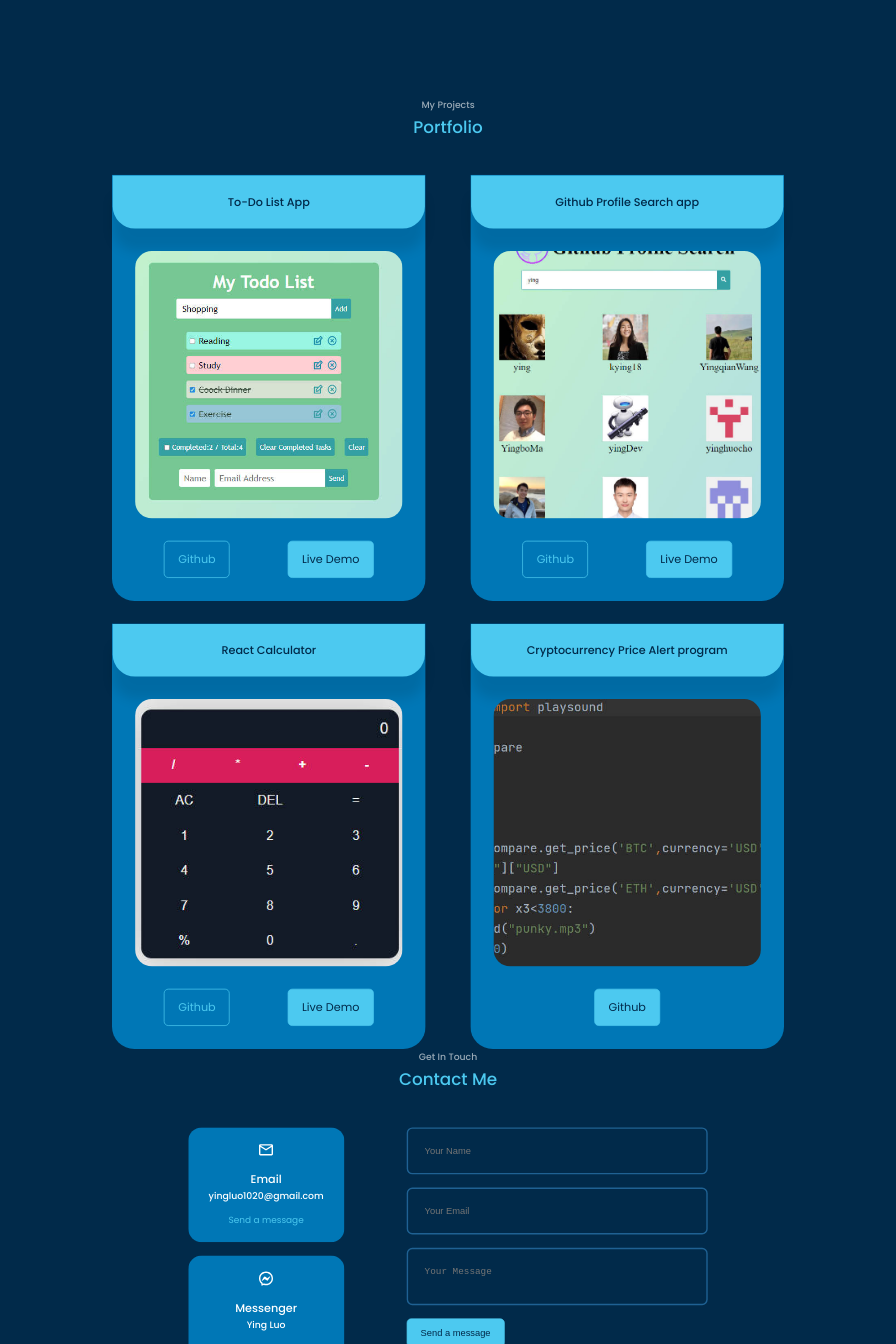
Repository: yingluo1020/react-portfolio-website
Page: /
The author's editor kept a copy of each file at every save. The page is drawn from the files as they stood at one save, then again after the next save.
The browser window is 1280 px wide. The pictures show the part of the page from y = 1741 to 3661 px (the page is 4383 px tall before and 4079 px after), at 70% of full size.
The project was rebuilt for these pictures with package versions that can differ from the ones it lists, and the page was loaded fresh each time. Imported but missing from the stored project, and not drawn on this page: src/assets/YingLuo_resume.pdf.

Above is the page before, as saved 2022-03-16 14:38:03.

### src/index.css
@import url('https://fonts.googleapis.com/css2?family=Poppins:wght@300;400;500;600&display=swap');

* {
 margin: 0;
 padding: 0;
 border: 0;
 outline: 0;
 box-sizing: border-box;
 list-style: none;
 text-decoration: none;
}

:root {
    --color-bg:#012a4a;
    --color-bg-variant:#0077b6;
    --color-primary:#4cc9f0;
    --color-primary-variant:rgba(77,181,255,0.4);
    --color-white:#fff;
    --color-light:rgba(255,255,255,0.6);

    --transition:all 400ms ease;

    --container-width-lg:75%;
    --container-width-md:86%;
    --container-width-sm:90%;
}

html {
    scroll-behavior:smooth;
}

::-webkit-scrollbar {
    display: none;
}

body {
    font-family: 'Poppins', sans-serif;
    background: var(--color-bg);
    color:var(--color-white);
    line-height:1.7;
}

/* general styles */
.container {
    width:var(--container-width-lg);
    margin: 0 auto;
}

h1,
h2,
h3,
h4,
h5 {
    font-weight: 500;
}

h1 {
    font-size: 2.5rem;
}

section {
    min-height: 100vh;
}

section > h2, section > h5 {
    text-align: center;
    color: var(--color-light);
}

section > h2 {
    color: var(--color-primary);
    margin-bottom: 3rem;
}

.text-light {
    color: var(--color-light);
}

a {
    color: var(--color-primary);
    transition: var(--transition);
}

a:hover {
    color: var(--color-white);
}

.btn {
    width: max-content;
    display: inline-block;
    color: var(--color-primary);
    padding: 0.75rem 1.2rem;
    border-radius:0.4rem;
    cursor: pointer;
    border: 1px solid var(--color-primary);
    transition: var(--transition);
}

.btn:hover{
    background: var(--color-white);
    color: var(--color-bg);
    border-color: transparent;
}

.btn-primary {
    background: var(--color-primary);
    color: var(--color-bg);
}

img{
    display: block;
    width: 100%;
    object-fit: cover;
}

/* media queries(medium devices)*/
@media screen and (max-width:1024px) {
    .container {
        width: var(--container-width-sm);
    }

    section> h2 {
        margin-bottom: 2rem;
    }
}

### src/components/header/Header.js
import React from 'react'
import './header.css';
import CV from '../../assets/YingLuo_resume.pdf'


function Header() {
    return (
        <header>
            <div className="container header_container">
                <h5>Hello, I'm</h5>
                <h1>Ying Luo</h1>
                <h5 className="text-light">Front-end Developer</h5>

                <div className='cta'>
                    <a href={CV} download className='btn'>Download My CV</a>
                    <a href="#contact" className='btn btn-primary'>Contact me</a>
                </div>
            </div>
        </header>
    )
}

export default Header

### src/components/nav/Nav.js
import React, { useState } from 'react'
import './nav.css'
import { AiOutlineHome, } from 'react-icons/ai'
import { AiOutlineUser } from 'react-icons/ai'
import { BiBook } from 'react-icons/bi'
import { AiOutlineFundProjectionScreen } from 'react-icons/ai'
import { BiMessageSquareDetail } from 'react-icons/bi'


function Nav() {
    const [activeNav, setActiveNav] = useState('#')
    return (
        <nav>
            <a href="#" onClick={() => setActiveNav('#')} className={activeNav === '#' ? 'active' : ''}><AiOutlineHome /></a>
            <a href="#about" onClick={() => setActiveNav('#about')} className={activeNav === '#about' ? 'active' : ''}><AiOutlineUser /></a>
            <a href="#experience" onClick={() => setActiveNav('#experience')} className={activeNav === '#experience' ? 'active' : ''}><BiBook /></a>
            <a href="#portfolio" onClick={() => setActiveNav('#services')} className={activeNav === '#services' ? 'active' : ''}><AiOutlineFundProjectionScreen /></a>
            <a href="#contact" onClick={() => setActiveNav('#contact')} className={activeNav === '#contact' ? 'active' : ''}><BiMessageSquareDetail /></a>
        </nav>
    )
}

export default Nav

### src/components/about/About.js
import React from 'react'
import avatar from '../../assets/avatar.JPG'
import { FaChalkboardTeacher } from 'react-icons/fa'
import { VscFolderLibrary } from 'react-icons/vsc'
import { FaGithub } from 'react-icons/fa';
import './about.css';

function About() {
    return (
        <section id='about'>
            <h5>My Intro</h5>
            <h2>About Me</h2>

            <div className="container about_container">
                <div className="about_me">
                    <div className="about_image">
                        <img src={avatar} alt="About Image" />
                    </div>
                </div>

                <div className="about_content">
                    <div className="about_cards">
                        <article className="about_card">
                            <FaChalkboardTeacher className='about_icon' />
                            <h5> Self-learner on Frontend </h5>
                            <small>HTML/CSS, JavaScript, React, Axios...</small>
                        </article>

                        <article className="about_card">
                            <VscFolderLibrary className='about_icon' />
                            <h5>Personal IT Projects </h5>
                            <small>10+ completed:  </small>
                            <a href="https://github.com/yingluo1020" target="_blank"><FaGithub /></a>
                        </article>
                    </div>

                    <p>I am a highly motivated self-learner software developer with experience in developing a wide range of web applications and software. My core experience is on building front-end applications using HTML, CSS, JavaScript and React. Furthermore, I have developed various automated applications using Python to reduce repetitive and time-consuming tasks. I am currently seeking to be a frontend developer where I can apply my knowledge and further develop my skills.
                        <a href="https://github.com/yingluo1020" target="_blank"><FaGithub /></a>
                    </p>
                    <div className="about_btn">
                        <a href="#contact" className="btn btn">Contact Me</a>
                        <a href="#" target="_blank" className="btn btn-primary">Go to My Projects</a>
                    </div>

                </div>
            </div>
        </section>
    )
}

export default About

### src/components/experience/Experience.js
import React from 'react'
import './experience.css';
import { BsPatchCheck } from 'react-icons/bs'


function Experience() {
    return (
        <section id='experience'>
            <h5>What Skills I Have</h5>
            <h2>My Experience</h2>

            <div className="container experience_container">
                <article className='experience_details'>
                    <BsPatchCheck className='experience_details-icon' />
                    <div>
                        <h4>HTML</h4>
                        <small className='text_light'>Experienced</small>
                    </div>
                </article>

                <article className='experience_details'>
                    <BsPatchCheck className='experience_details-icon' />
                    <div>
                        <h4>CSS</h4>
                        <small className='text_light'>Experienced</small>
                    </div>
                </article>

                <article className='experience_details'>
                    <BsPatchCheck className='experience_details-icon' />
                    <div>
                        <h4>JavaScript (ES6)</h4>
                        <small className='text_light'>Experienced</small>
                    </div>
                </article>
                <article className='experience_details'>
                    <BsPatchCheck className='experience_details-icon' />
                    <div>
                        <h4>React (Hooks, Router V6) </h4>
                        <small className='text_light'>Experienced</small>
                    </div>
                </article>

                <article className='experience_details'>
                    <BsPatchCheck className='experience_details-icon' />
                    <div>
                        <h4>Python</h4>
                        <small className='text_light'>Intermediate</small>
                    </div>
                </article>
            </div>

        </section>
    )
}

export default Experience

### src/components/contact/Contact.js
import React, { useRef } from 'react'
import './contact.css'
import { MdOutlineEmail } from 'react-icons/md'
import { RiMessengerLine } from 'react-icons/ri'
import { BsWhatsapp } from 'react-icons/bs'
import emailjs from '@emailjs/browser';


function Contact() {
    const form = useRef();

    const sendEmail = (e) => {
        e.preventDefault();

        emailjs.sendForm('service_s6sapzl', 'template_utnko3u', form.current, 'user_Ak4JS85QR5w9GZLqKm3hY')

        alert(`I'll will reply you ASAP :)`)
        e.target.reset()
    };

    return (
        <section id="contact">
            <h5>Get In Touch</h5>
            <h2>Contact Me</h2>

            <div className="container contact_container">
                <div className="contact_options">
                    <article className='contact_option'>
                        <MdOutlineEmail className='contact_option-icon' />
                        <h4>Email</h4>
                        <h5>yingluo1020@gmail.com</h5>
                        <a href="mailto:yingluo1020@gmail.com" target='_blank'>Send a message</a>
                    </article>

                    <article className='contact_option'>
                        <RiMessengerLine className='contact_option-icon' />
                        <h4>Messenger</h4>
                        <h5>Ying Luo</h5>
                        <a href="https://m.me/yng.luo" target='_blank'>Send a message</a>
                    </article>

                    <article className='contact_option'>
                        <BsWhatsapp className='contact_option-icon' />
                        <h4>WhatsApp</h4>
                        <h5>+44 7407171383</h5>
                        <a href="https://api.whatsapp.com/send?phone+447407171383" target='_blank'>Send a message</a>
                    </article>
                </div>
                {/* End of contact options */}
                <form action="" ref={form} onSubmit={sendEmail}>
                    <input type="text" name='name' placeholder='Your Name' required />
                    <input type="email" name='email' placeholder='Your Email' required />
                    <textarea type="text" name='name' placeholder='Your Message' required ></textarea>
                    <button type="submit" className="btn btn-primary">Send a message</button>
                </form>

            </div>
        </section>

    )
}

export default Contact

### src/components/footer/Footer.js
import React from 'react'
import './footer.css'
import { BsLinkedin } from 'react-icons/bs';
import { FaGithub } from 'react-icons/fa';
import { FiDribbble } from 'react-icons/fi';


function Footer() {
    return (
        <footer>
            <a href="https://github.com/yingluo1020" target="_blank" className='footer_logo'><FaGithub /> Ying Luo</a>
            <ul className='permalinks'>
                <li><a href="#">Home</a></li>
                <li><a href="#about">About</a></li>
                <li><a href="#experience">Experience</a></li>
                <li><a href="#portfolio">Portfolio</a></li>
                <li><a href="#contact">Contact</a></li>
            </ul>

            <div className="footer_copyright">
                <small>&copy; All rights reserved by Ying Luo.</small>
            </div>
        </footer>
    )
}

export default Footer

### src/components/header/header.css
header {
    height: 50vh;
    padding-top: 5rem;
    overflow: hidden;
}

.header_container {
    text-align: center;
    height: 100%;
    position: relative;
}

.cta {
    margin: 2.5rem auto;
    display: flex;
    gap:1.2rem;
    justify-content: center;
}

.avatar {
    background: linear-gradient(var(--color-primary),transparent) ;
    width: 22rem;
    height: 30rem;
    position: absolute;
    left: calc(50% - 11rem);
    border-radius: 12rem 12rem 0 0 ;
    overflow: hidden;
    padding: 5rem 1.5rem 1.5rem 1.5rem;
}


/* media queries(medium devices)*/
@media screen and (max-width:1024px) {
    header {
        height: 68vh;
    }
}

/* media queries(small devices)*/
@media screen and (max-width:600px) {
   header {
       height: 100vh;
   }
}

### src/components/nav/nav.css
nav {
    background: rgba(0, 0, 0, 0.3);
    width: max-content;
    display: block;
    padding:0.7rem 1.7rem;
    z-index: 2;
    position: fixed;
    left: 50%;
    transform: translateX(-50%);
    bottom: 2rem;
    display: flex;
    gap: 0.8rem;
    border-radius: 3rem;
    /* backdrop-filter: blur(15px); */
}

nav a {
    background: transparent;
    padding: 0.9rem;
    border-radius:50% ;
    display: flex;
    color: var(--color-light);
    font-size: 1.1rem;
}

nav a:hover{
    background: rgba(0, 0, 0, 0.3);
}

nav a.active {
    background: var(--color-primary);
    color: var(--color-bg);
}

### src/components/about/about.css
.about_container {
    display: grid;
    grid-template-columns: 35% 50%;
    gap: 15%;
}

.about_me{
    width: 100%;
    aspect-ratio: 0.95/1;
    border-radius: 2rem;
    background: linear-gradient(45deg,transparent,var( --color-primary),transparent);
    display: grid;
    place-items: center;
}

.about_image {
    border-radius: 2rem;
    overflow: hidden;
    transform: rotate(10deg);
    transition: var(--transition);
}

.about_image:hover{
    transform: rotate(0);
}

.about_image img {
    width: 75%;
    margin: 0 auto;
}
.about_cards {
    display: grid;
    grid-template-columns: repeat(2,1fr);
    gap: 1.5rem;
}

.about_card {
    background: var(--color-bg-variant);
    border:1px solid transparent ;
    border-radius: 1rem;
    padding: 2rem;
    text-align: center;
    transition: var(--transition);
}

.about_card:hover {
    background:transparent;
    border-color:var(--color-primary-variant) ;
    cursor: default;
}

.about_icon {
    color: var(--color-primary);
    font-size: 1.4rem;
    margin-bottom: 1rem;
}

.about_card h5 {
    font-size: 0.9rem;
}

.about_card small {
    font-size: 0.7rem;
    color: var(--color-light);
}
.about_content{
    height: fit-content;
}
.about_content p {
    margin: 2rem 0 2.6rem;
    color: var(--color-light);
}

.about_content .about_btn {
    display: flex;
    gap:1.2rem;
}

/* media queries(medium devices)*/
@media screen and (max-width:1024px) {
    .about_container {
        grid-template-columns: 1fr ;
        gap:0;
    }

    .about_me{
        width: 50%;
        margin: 2rem auto 4rem;
    }

    .about_content p {
        margin: 1rem 0 1.5rem;
    }
}

/* media queries(small devices)*/
@media screen and (max-width:600px) {
    .about_me{
        width: 65%;
        margin: 0 auto 3rem;
    }

    .about_cards {
        grid-template-columns: 1fr 1fr;
        gap: 1rem;
    }

    .about_content {
        text-align: center;
    }

    .about_content p {
        margin: 1.5rem 0.5rem;
    }
}

### src/components/experience/experience.css
#experience{
    margin-top: 5rem;
}

.experience_container{
    width: 50%;
    display: grid;
    grid-template-columns: 1fr 1fr;
    justify-items:  stretch;
    row-gap: 3rem ;
    background: var(--color-bg-variant);
    padding: 3rem 5rem;
    border-radius: 2rem;
    border: 1px solid transparent;
    transition: var(--transition);
}


.experience_container:hover{
    background: transparent;
    border-color: var(--color-primary-variant);
    cursor: default;
}


.experience_details {
    display: flex;
    gap: 2rem;
}

.experience_details-icon{
    margin-top: 6px;
    color: var(--color-primary);
}

/* media queries(medium devices)*/
@media screen and (max-width:1024px) {
    .experience_container  {
        width: 80%;
        padding: 2rem;
        margin: 0 auto;
    }

}

/* media queries(small devices)*/
@media screen and (max-width:600px) {
    .experience_container{
        width: 100%;
        grid-template-columns: 1fr;
        padding: 1rem;
    }

}

### src/components/portfolio/portfolio.css
.portfolio_container{
    display: grid;
    grid-template-columns: repeat(2,1fr);
    gap: 4rem;
    row-gap: 2rem;
}

.portfolio {
    background: var(--color-bg-variant);
    border-radius:0 0 2rem 2rem;
    border: 1px solid transparent;
    transition: var(--transition);
}

.portfolio:hover {
    background: transparent;
    border-color: var(--color-primary-variant);
    transition: var(--transition);
}

.portfolio_head{
    background: var(--color-primary);
    border-radius:0 0 2rem 2rem;
    padding: 1.5rem;
    box-shadow: 0 2rem 1rem rgba(0,0,0,0.1);
}

.portfolio_head h3 {
    text-align: center;
    font-size: 1rem;
    color: var(--color-bg);
}

.portfolio_item-image {
    /* width: 25rem; */
    aspect-ratio: 1/1;
    border-radius: 1.5rem;
    overflow: hidden;
    margin: 2rem;
}

.portfolio_item-image img {
    width: 100%;
    height: 100%;
}

.portfolio_link {
    display: flex;
    justify-content: space-around;
    margin: 2rem;
}


/* media queries(medium devices)*/
@media screen and (max-width:1024px) {
    .portfolio_container{
        grid-template-columns: 1fr 1fr;
        gap: 1.2rem;
    }
}

/* media queries(small devices)*/
@media screen and (max-width:600px) {
    .portfolio_container {
        grid-template-columns: 1fr;
        gap: 1rem;
    }
}

### src/components/contact/contact.css
.contact_container {
    width: 58%;
    display: grid;
    grid-template-columns: 30% 58%;
    gap: 12%;
}

.contact_options {
    display: flex;
    flex-direction: column;
    gap: 1.2rem;
}

.contact_option{
    background: var(--color-bg-variant);
    padding: 1.2rem ;
    border-radius:1.2rem;
    border: 1px solid transparent;
    text-align: center;
    transition: var(--transition);
}

.contact_option:hover{
    background: transparent;
    border-color: var(--color-primary-variant);
}

.contact_option-icon{
    font-size: 1.5rem;
    margin-bottom: 0.5rem;
}

.contact_option a {
    margin-top: 0.7rem;
    display: inline-block;
    font-size: 0.8rem;
}

/* form */
form {
    display: flex;
    flex-direction: column;
    gap: 1.2rem;
}

input, textarea{
    width: 100%;
    padding: 1.5rem ;
    border-radius:0.5rem;
    border: 2px solid var(--color-primary-variant);
    background: transparent;
    resize: none; /* 元素不能被用户缩放。 */
    color: var(--color-white);
}

/* media queries(medium devices)*/
@media screen and (max-width:1024px) {
    .contact_container {
        grid-template-columns: 1fr;
        gap: 2rem;
    }

}

/* media queries(small devices)*/
@media screen and (max-width:600px) {
    .contact_container{
        width: var(--container-width-sm);
    }
}

### src/components/footer/footer.css
footer {
    background: var(--color-primary);
    padding: 2rem 0;
    text-align: center;
    font-size: 0.9rem;
    margin-top: 7rem;
}

footer a {
    color: var(--color-bg);
}

.footer_logo{
    font-size: 2rem;
    font-weight: 500;
    margin-bottom: 2rem;
    display: inline-block;
}

.permalinks{
    display: flex;
    flex-wrap: wrap;
    justify-content: center;
    gap: 2rem;
    margin: 0 auto 3rem;
}

.footer_socials{
    display: flex;
    justify-content: center;
    gap: 1rem;
    margin-bottom: 4rem;
}

.footer_socials a {
    display: flex;
    background: var(--color-bg);
    color: var(--color-white);
    padding: 0.8rem;
    border-radius: 0.7rem;
    border: 1px solid transparent;
    transition: var(--transition);
}

.footer_socials a:hover{
    background: transparent;
    color: var(--color-bg);
    border-color: var(--color-bg);
}

.footer_copyright {
    margin-bottom: 4rem;
    color: var(--color-bg);
}

/* media queries(small devices)*/
@media screen and (max-width:600px) {
    .permalinks{
        flex-direction: column;
        gap: 1.5rem;
    }

    .footer_socials{
        margin-bottom: 2.6rem;
    }
}

Loaded but not shown: public/index.html (common file); src/index.js (common file); src/App.js (common file); src/components/portfolio/Portfolio.js (83 lines, source omitted)

After the next save:
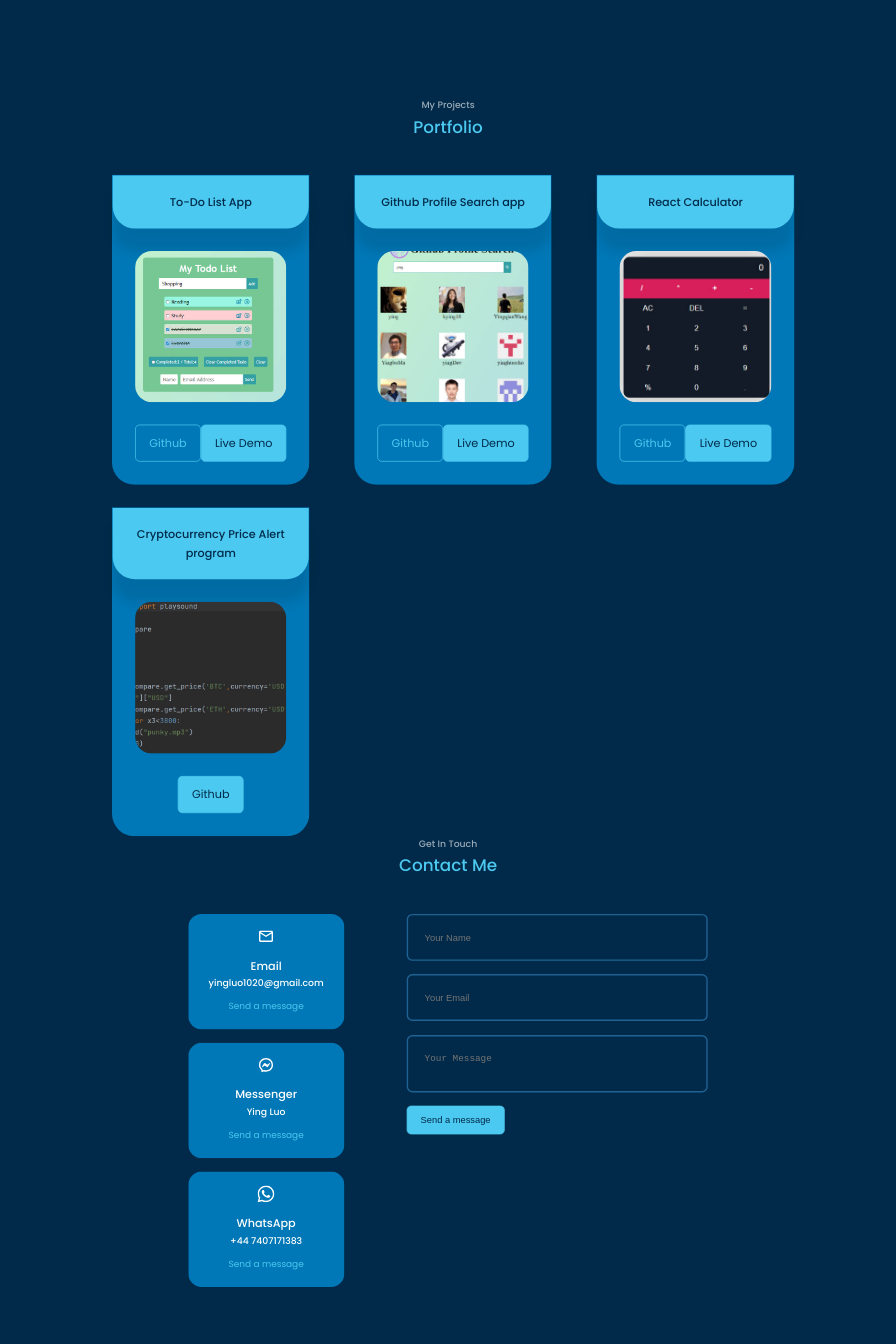
Saved 13 s later.
--- a/src/components/portfolio/portfolio.css
+++ b/src/components/portfolio/portfolio.css
@@ -1,6 +1,6 @@
 .portfolio_container{
     display: grid;
-    grid-template-columns: repeat(2,1fr);
+    grid-template-columns: repeat(3,1fr);
     gap: 4rem;
     row-gap: 2rem;
 }
